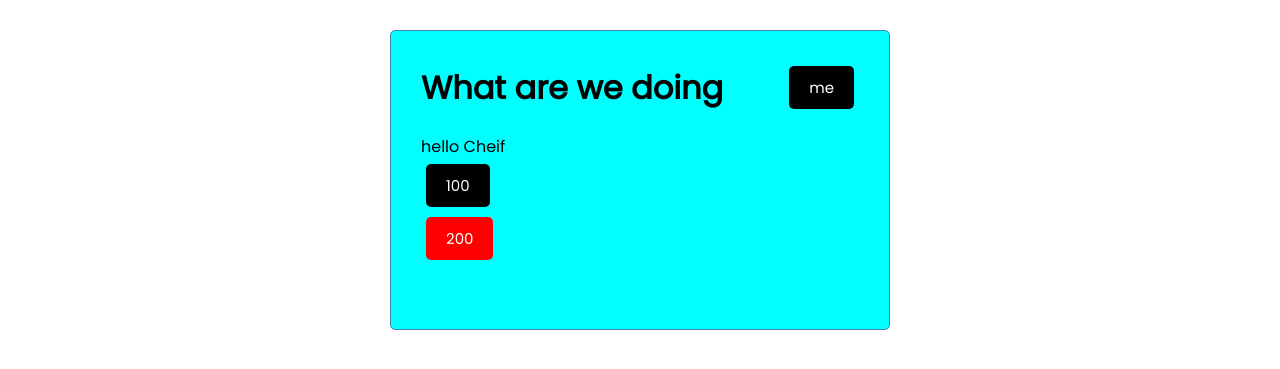
Repository: Jeffkw213/Learning_react
Page: / (app in myapp/)
These files come from the project's save history. The page is drawn as it stood at one moment and after a run of saves; the edit follows.
The browser window is 1280 px wide. The pictures show the whole page.
The project was rebuilt for these pictures with package versions that can differ from the ones it lists, and the page was loaded fresh each time.

Above is the page before, as saved 2021-04-30 15:58:51.

After the next 3 saves:
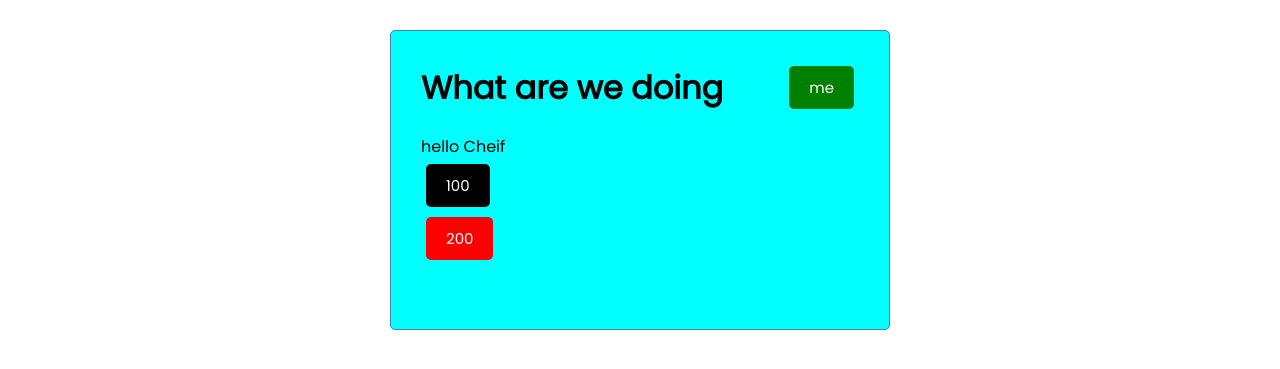
The 3 saves are shown as one change because they came seconds apart.
The last was saved 42 s later.
--- a/myapp/src/Components/header.js
+++ b/myapp/src/Components/header.js
@@ -4,7 +4,7 @@ const Header = ({title, Color}) => {
     return (
         <header className= 'header'>
             <h1>{title}</h1>
-            <Button name='me' func= {() => myfunction()}/>
+            <Button color='green' name='me' func= {() => myfunction()}/>
         </header>
     )
 }
